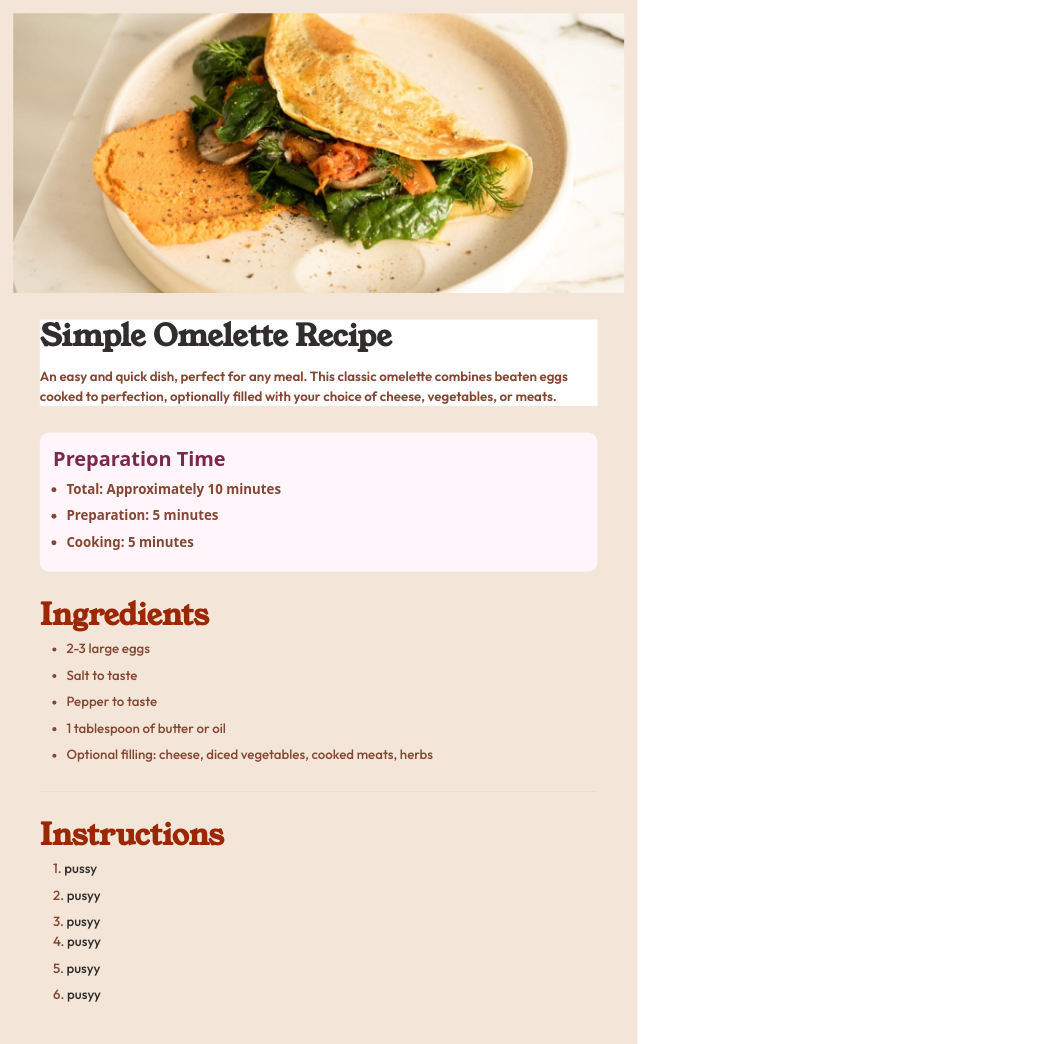
Repository: nivrii/recipe-page-main
Page: /
An editor plug-in stored every save of this project. The page is shown before and after the next save, followed by the edit.
The browser window is 1280 px wide. The pictures show the whole page, at 83% of full size.
The project was rebuilt for these pictures with package versions that can differ from the ones it lists, and the page was loaded fresh each time. Also part of the build but not shown: vite.config.js, src/index.css.

Above is the page before, as saved 2024-03-23 15:56:58.

### src/App.jsx
import "./App.css";
import omelette from "./assets/images/image-omelette.jpeg";

function App() {
  return (
    <div className="container flex flex-col md:p-4 md:bg-eggshell w-screen min-h-max">
      <div>
        <img src={omelette} alt="omelette" className="w-screen md:w-auto" />
      </div>
      <div className="bg-white m-8">
        <h1 className="text-left text-darkCharcoal text-4xl font-bold font-young">
          Simple Omelette Recipe
        </h1>
        <p className="text-left font-outfit text-nutmeg mt-4 font-semibold">
          An easy and quick dish, perfect for any meal. This classic omelette
          combines beaten eggs cooked to perfection, optionally filled with your
          choice of cheese, vegetables, or meats.
        </p>
      </div>
      <div className="bg-roseWhite p-4 mx-8 rounded-xl">
        <h1 className="text-left text-darkRaspberry text-2xl font-bold">
          Preparation Time
        </h1>
        <ul className="list-disc px-4 text-nutmeg">
          <li className=" font-semibold my-2">
            <span className="font-extrabold">Total:</span> Approximately 10
            minutes
          </li>
          <li className=" font-semibold my-2">
            <span className="font-extrabold">Preparation:</span> 5 minutes
          </li>
          <li className=" font-semibold my-2">
            <span className="font-extrabold">Cooking:</span> 5 minutes
          </li>
        </ul>
      </div>
      <div className="divide-y divide-lightGrey mx-4">
        <div className="m-4">
          <h1 className="text-left text-nutmegLight text-4xl font-bold font-young mt-8">
            Ingredients
          </h1>
          <ul className="list-disc px-4 font-outfit mt-2 mb-8 mx-4 text-nutmeg font-medium space-y-2">
            <li>2-3 large eggs</li>
            <li>Salt to taste</li>
            <li>Pepper to taste</li>
            <li>1 tablespoon of butter or oil</li>
            <li>
              Optional filling: cheese, diced vegetables, cooked meats, herbs
            </li>
          </ul>
        </div>
        <div className="m-4">
          <h1 className="text-left text-nutmegLight text-4xl font-bold font-young mt-8">
            Instructions
          </h1>
          <ul className="font-outfit mt-2 mb-8 mx-4 text-darkCharcoal font-medium space-y-2">
            <li className=""><span className="text-nutmeg">1.</span> pussy</li>
            <li className=""><span className="text-nutmeg">2.</span> pusyy</li>
            <li className=""><span className="text-nutmeg">3.</span> pusyy</li>
            <l className=""><span className="text-nutmeg">4.</span> pusyy</l>
            <li className=""><span className="text-nutmeg">5.</span> pusyy</li>
            <li className=""><span className="text-nutmeg">6.</span> pusyy</li>
            </ul>
        </div>
      </div>
    </div>
  );
}

export default App;

### src/App.css
@import url("https://fonts.googleapis.com/css2?family=Young+Serif&display=swap");

@import url("https://fonts.googleapis.com/css2?family=Outfit:wght@100..900&display=swap");

@import "tailwindcss/base";
@import "tailwindcss/components";
@import "tailwindcss/utilities";

### tailwind.config.js
/** @type {import('tailwindcss').Config} */
export default {
  content: ["./index.html", "./src/**/*.{js,ts,jsx,tsx}"],
  theme: {
    screens: {
      'sm': '375px',
      'md': '768px',
      'lg': '1440px',
      'xl': '1920px',
    },
    extend: {
      fontFamily: {
        outfit: ["Outfit", "sans-serif"],
        young: ["Young Serif", "serif"],
      },
      colors: {
        roseWhite: "hsl(330, 100%, 98%)",
        white: "hsl(0, 0%, 100%)",
        eggshell: "hsl(30, 54%, 90%)",
        lightGrey: "hsl(30, 18%, 87%)",
        wengeBrown: "hsl(30, 10%, 34%)",
        darkCharcoal: "hsl(24, 5%, 18%)",
        nutmeg: "hsl(14, 45%, 36%)",
        nutmegLight: "hsl(14, 96%, 31%)",
        darkRaspberry: "hsl(332, 51%, 32%)",
      },
    },
  },
  plugins: [],
};

Loaded but not shown: index.html (common file); src/main.jsx (common file)

After the next save:
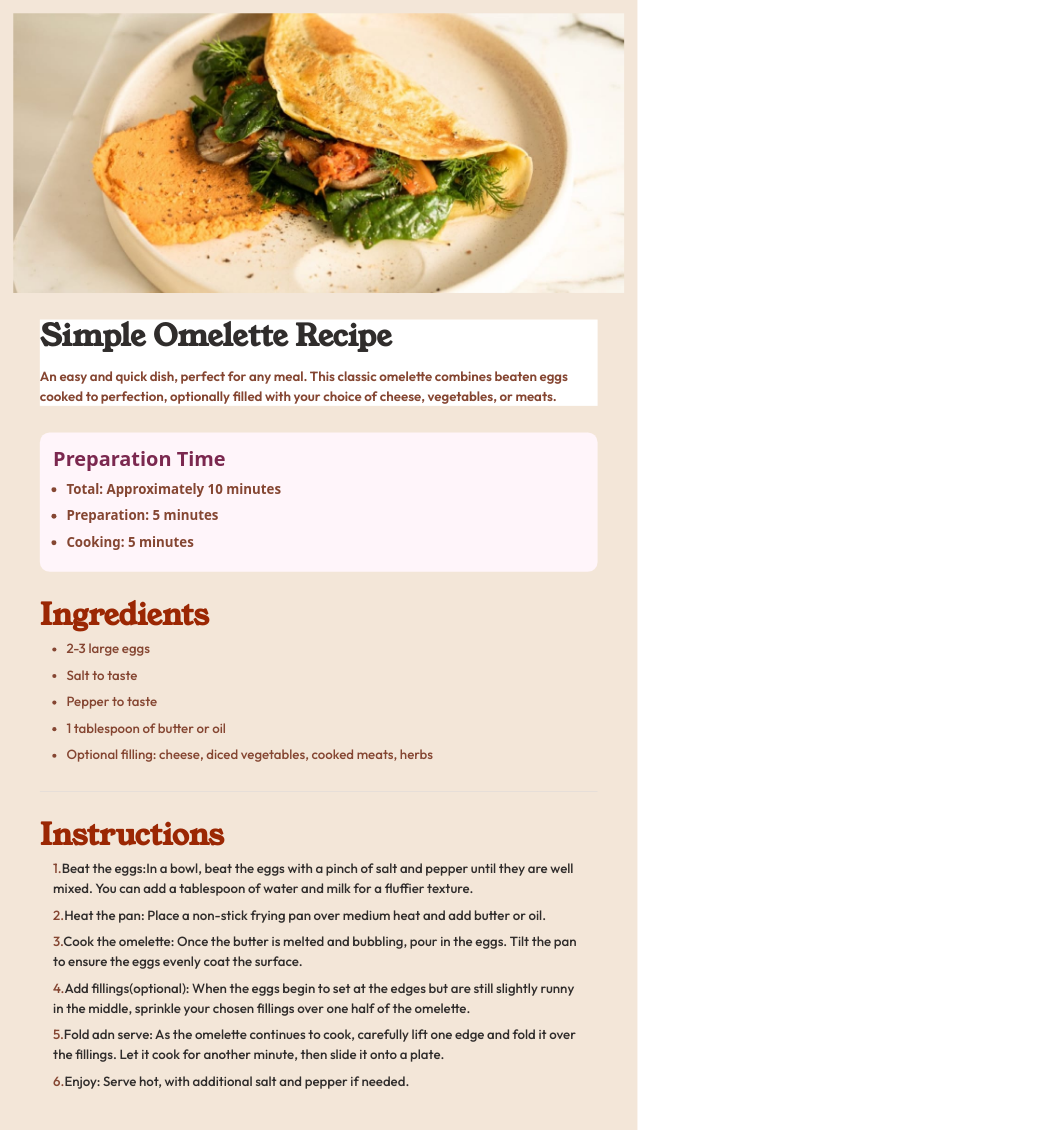
Saved 10 min 2 s later.
--- a/src/App.jsx
+++ b/src/App.jsx
@@ -54,13 +54,41 @@ function App() {
             Instructions
           </h1>
           <ul className="font-outfit mt-2 mb-8 mx-4 text-darkCharcoal font-medium space-y-2">
-            <li className=""><span className="text-nutmeg">1.</span> pussy</li>
-            <li className=""><span className="text-nutmeg">2.</span> pusyy</li>
-            <li className=""><span className="text-nutmeg">3.</span> pusyy</li>
-            <l className=""><span className="text-nutmeg">4.</span> pusyy</l>
-            <li className=""><span className="text-nutmeg">5.</span> pusyy</li>
-            <li className=""><span className="text-nutmeg">6.</span> pusyy</li>
-            </ul>
+            <li>
+              <span className="text-nutmeg">1.</span>
+              <span>Beat the eggs:</span>In a bowl, beat the eggs with a pinch
+              of salt and pepper until they are well mixed. You can add a
+              tablespoon of water and milk for a fluffier texture.
+            </li>
+            <li>
+              <span className="text-nutmeg">2.</span>
+              <span>Heat the pan:</span> Place a non-stick frying pan over
+              medium heat and add butter or oil.
+            </li>
+            <li>
+              <span className="text-nutmeg">3.</span>
+              <span>Cook the omelette:</span> Once the butter is melted and
+              bubbling, pour in the eggs. Tilt the pan to ensure the eggs evenly
+              coat the surface.
+            </li>
+            <li>
+              <span className="text-nutmeg">4.</span>
+              <span>Add fillings(optional):</span> When the eggs begin to set at
+              the edges but are still slightly runny in the middle, sprinkle
+              your chosen fillings over one half of the omelette.
+            </li>
+            <li>
+              <span className="text-nutmeg">5.</span>
+              <span>Fold adn serve:</span> As the omelette continues to cook,
+              carefully lift one edge and fold it over the fillings. Let it cook
+              for another minute, then slide it onto a plate.
+            </li>
+            <li>
+              <span className="text-nutmeg">6.</span>
+              <span>Enjoy:</span> Serve hot, with additional salt and pepper if
+              needed.
+            </li>
+          </ul>
         </div>
       </div>
     </div>
